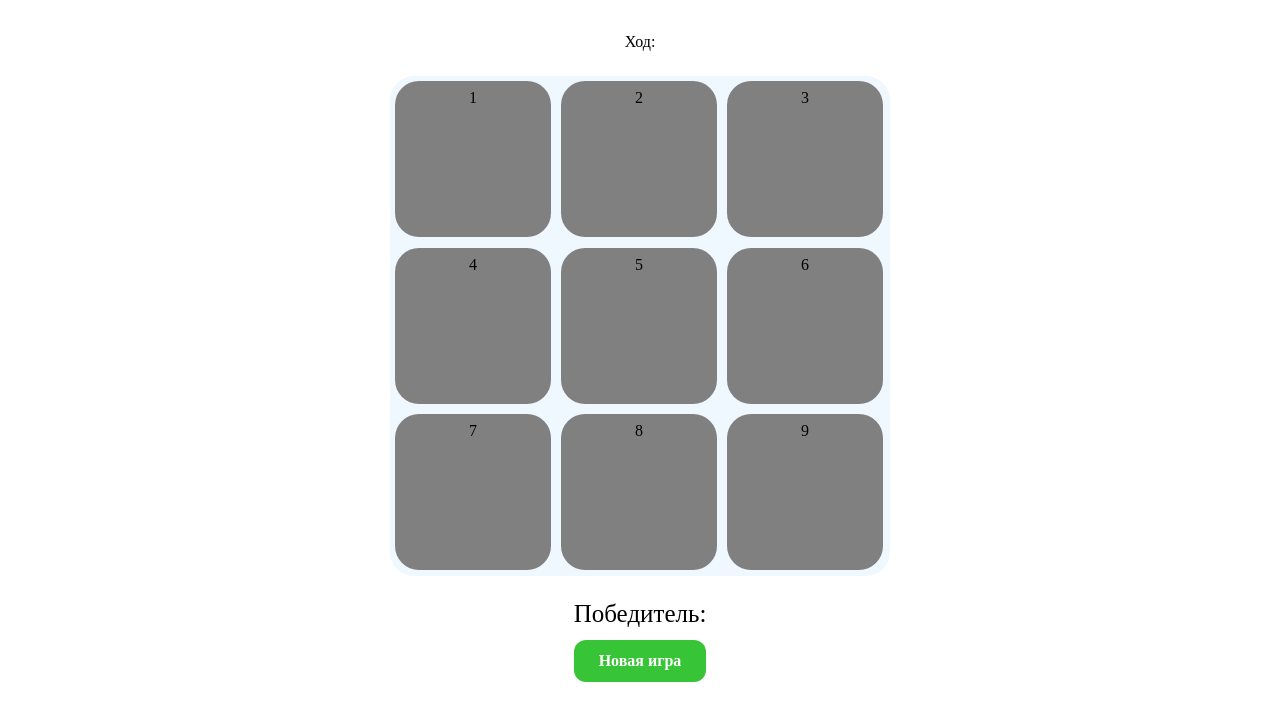
Repository: Pavel1776/krestik
Page: index.html
An editor plug-in stored every save of this project. The page is shown before and after the next save, followed by the edit.
The browser window is 1280 px wide. The pictures show the whole page.

Above is the page before, as saved 2025-09-21 16:31:39.
Console error: SyntaxError: Identifier 'step' has already been declared

After the next save:
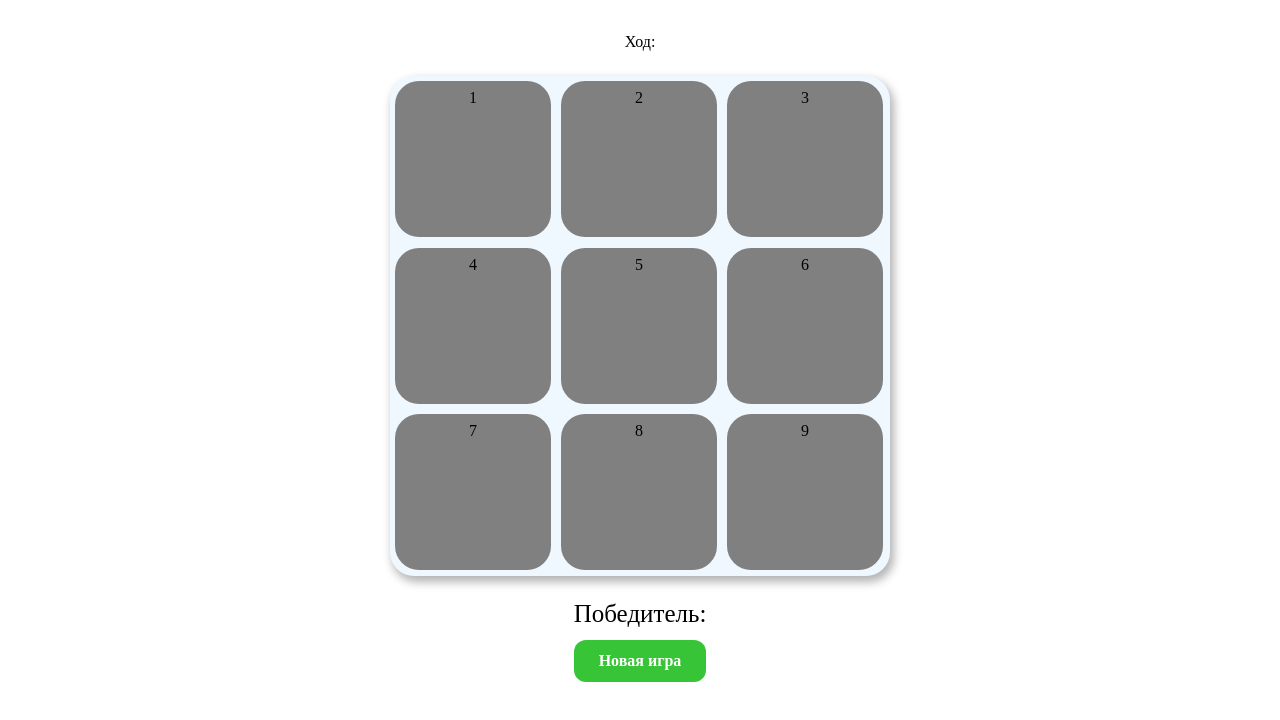
Saved 93 s later.
--- a/style.css
+++ b/style.css
@@ -22,7 +22,8 @@
   margin-right: auto;
   border-radius: 24px;
   background: aliceblue;
-  box-shadow: 3px 5px 1px 1px rgba();
+  box-shadow:  3px 5px 10px 1px rgba(0,0,0,0.3);
+;
 }
 .blockItem {
   position: relative;
